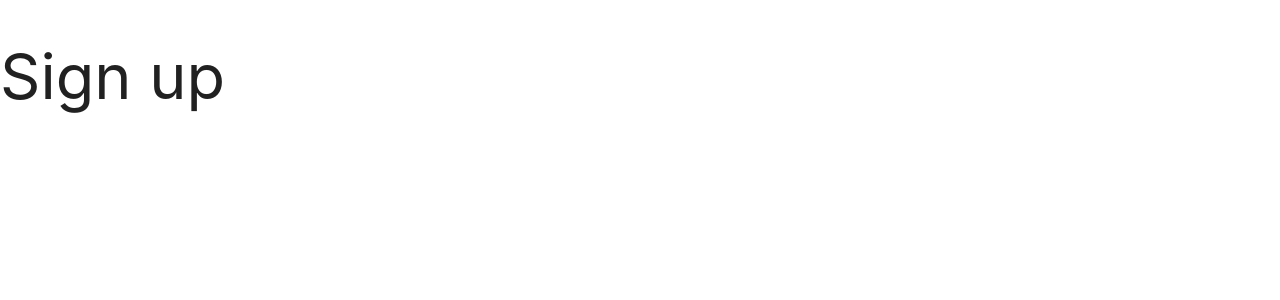
Repository: Attishgawali/JavaServletAndJSP
Page: http://localhost/Register/signup.jsp
An editor plug-in stored every save of this project. The page is shown before and after the next save, followed by the edit.
The browser window is 1280 px wide. The pictures show the whole page.
The page is served by Tomcat 9.

Above is the page before, as saved 2023-07-06 11:09:25.

After the next save:
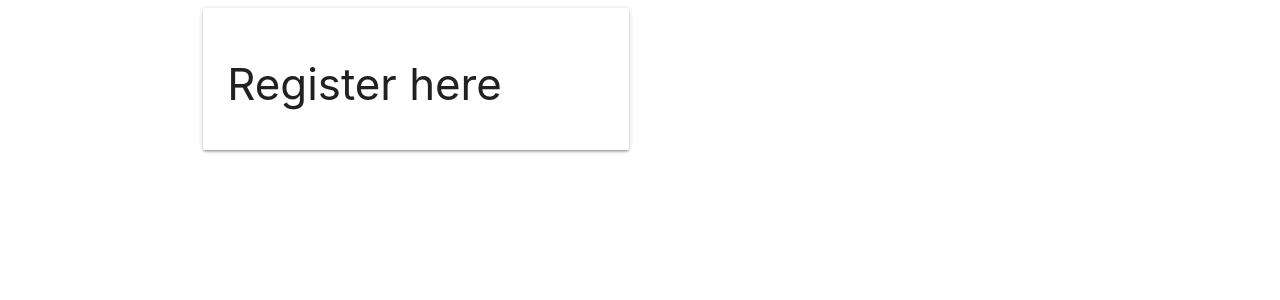
Saved 10 min 8 s later.
--- a/Register/src/main/webapp/signup.jsp
+++ b/Register/src/main/webapp/signup.jsp
@@ -14,6 +14,16 @@
 	src="https://cdnjs.cloudflare.com/ajax/libs/materialize/1.0.0/js/materialize.min.js"></script>
 </head>
 <body>
-	<h1>Sign up</h1>
+	<div class="container">
+		<div class="row">
+			<div class="col m6">
+				<div class="card">
+					<div class="card-content">
+						<h3>Register here</h3>
+					</div>
+				</div>
+			</div>
+		</div>
+	</div>
 </body>
 </html>
